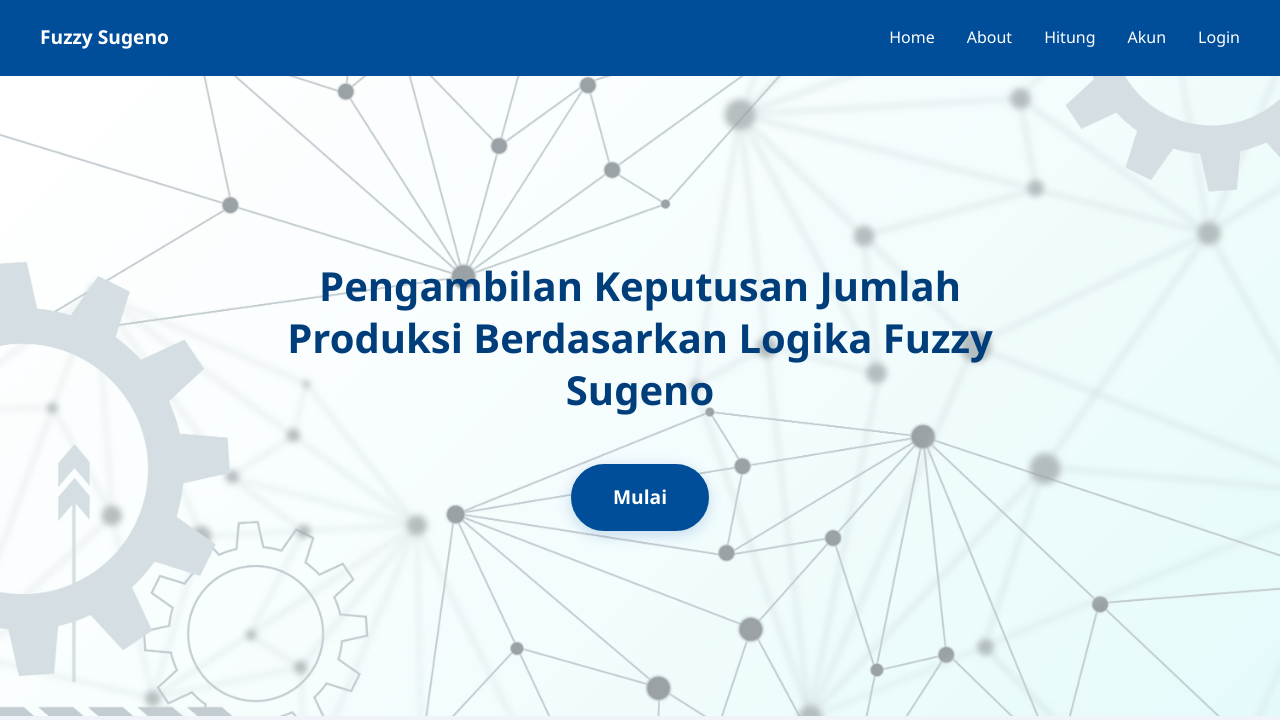
Repository: Senicccc/Defuzzy-Sugeno
Page: http://localhost/php/about.php
The author's editor kept a copy of each file at every save. The page is drawn from the files as they stood at one save, then again after the next save.
The browser window is 1280 px wide. The pictures show the whole page.
The page is run by PHP 8.4 with error messages shown; the project is at /var/www/html/.

Above is the page before, as saved 2025-06-09 11:17:29.

After the next save:
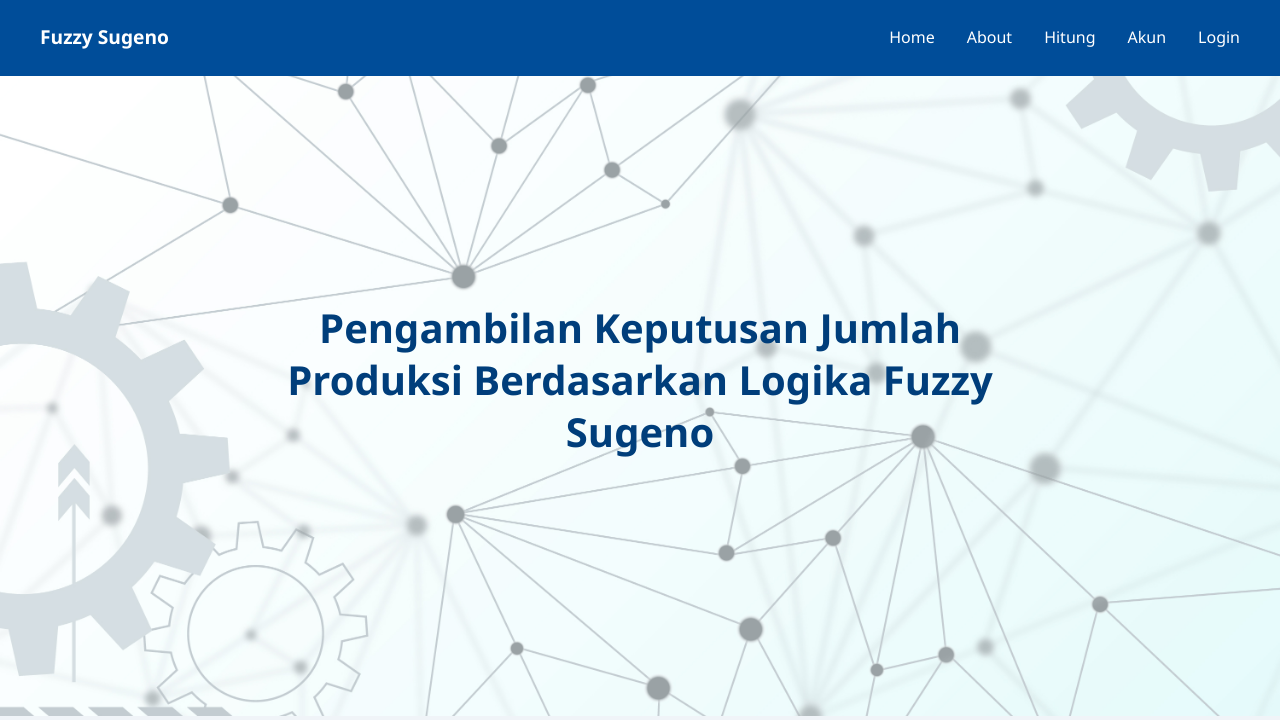
Saved 4 s later.
--- a/php/about.php
+++ b/php/about.php
@@ -17,7 +17,7 @@
 
     <section class="hero" style="background: url('img/menu-bg.jpg') center center/cover no-repeat;">
         <h1>Pengambilan Keputusan Jumlah Produksi Berdasarkan Logika Fuzzy Sugeno</h1>
-        <a href="php/form.php" class="start-button">Mulai</a>
+
     </section>
 
 </body>
